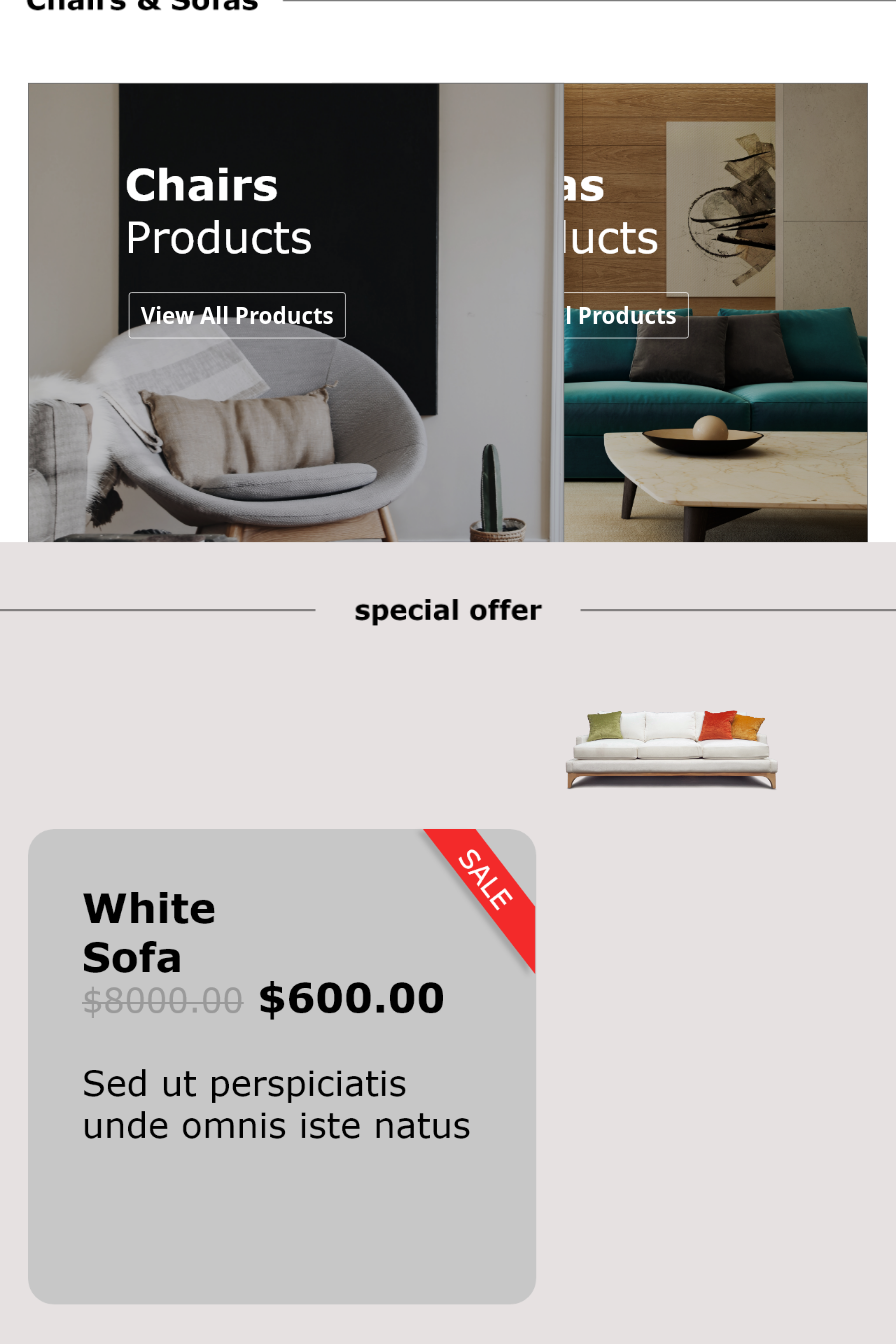
Repository: MEROO1010/creative_home
Page: /
The author's editor kept a copy of each file at every save. The page is drawn from the files as they stood at one save, then again after a run of saves.
The browser window is 1280 px wide. The pictures show the part of the page from y = 859 to 2779 px (the page is 2779 px tall), at 70% of full size.
The project was rebuilt for these pictures with package versions that can differ from the ones it lists, and the page was loaded fresh each time. The framework's server and built-in components were replaced by stand-ins that run in the browser. Also part of the build but not shown: next.config.js.

Above is the page before, as saved 2022-12-12 09:56:10.

After the next 3 saves:
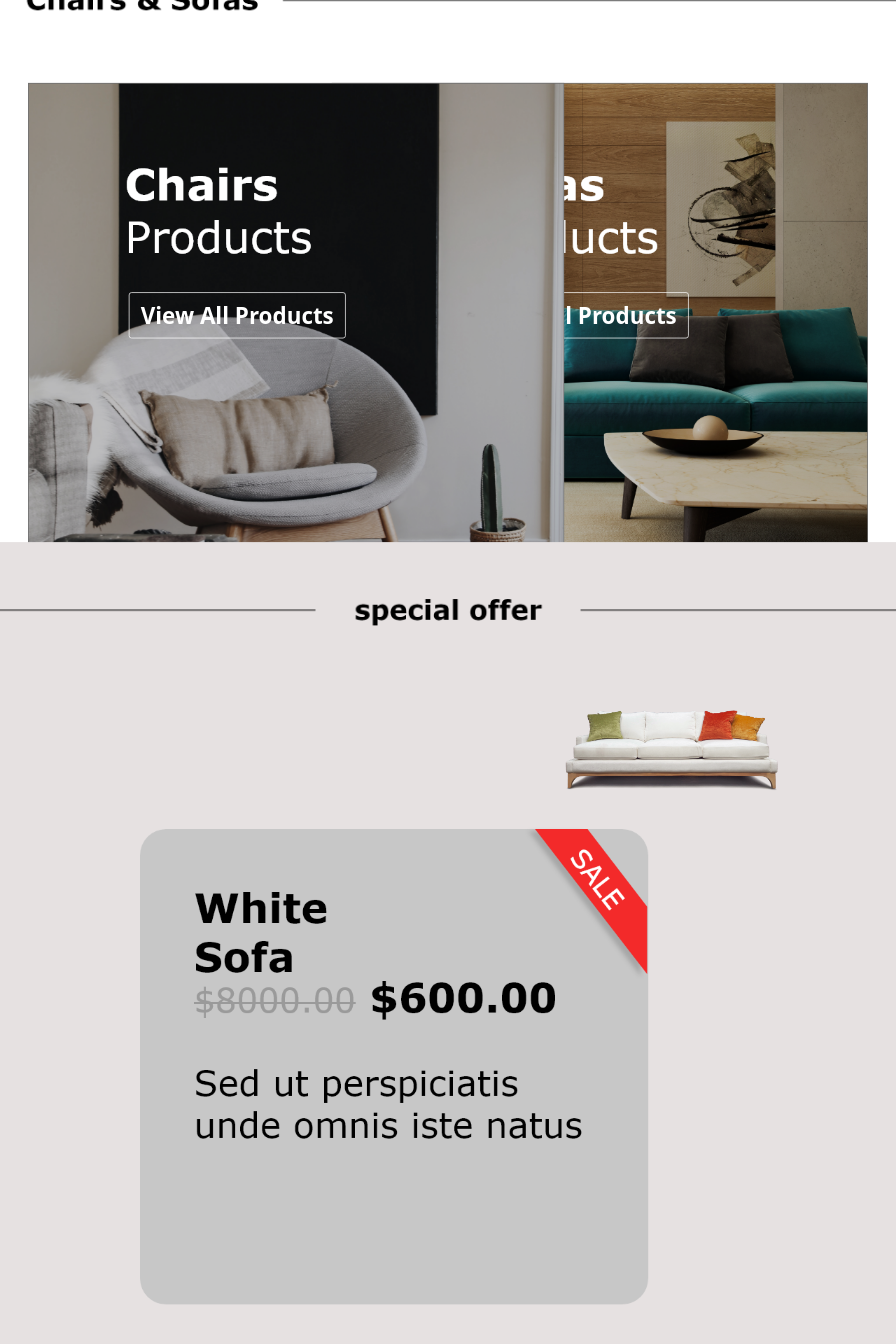
The 3 saves are shown as one change because they came seconds apart.
The last was saved 9 s later.
--- a/components/SpecialOffer.tsx
+++ b/components/SpecialOffer.tsx
@@ -21,7 +21,7 @@ const SpecialOffer = () => {
 
          </div>
 
-         <div className='static py-4 px-10 bottom-80 mx-50'>
+         <div className='static py-4 px-10 bottom-80 mx-40'>
           <Image src={image2} alt=''/>
          </div>
     </div>
